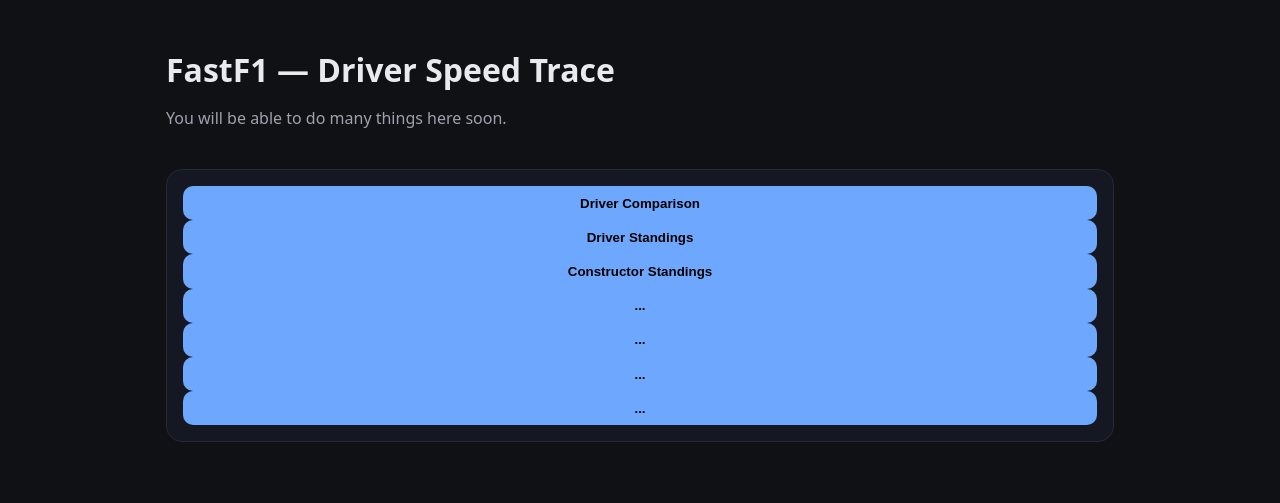
Repository: gqnsptaa/fastf1_web_preview
Page: http://localhost/menu
An editor plug-in stored every save of this project. The page is shown before and after the next save, followed by the edit.
The browser window is 1280 px wide. The pictures show the whole page.
The page is served by the project's application, run on Flask 3 (app.py).

Above is the page before, as saved 2025-09-22 16:43:20.

### templates/menu.html
<!DOCTYPE html>
<html lang="en">
  <head>
    <meta charset="utf-8" />
    <meta name="viewport" content="width=device-width, initial-scale=1" />
    <title>FastF1 — Driver Speed Trace</title>
    <link
      rel="stylesheet"
      href="{{ url_for('static', filename='styles.css') }}"
    />
  </head>
  <body>
    <div class="wrap">
      <header>
        <h1>FastF1 — Driver Speed Trace</h1>
        <p class="muted">You will be able to do many things here soon.</p>
      </header>
      <div class="card">
        <div class="full">
          <button type="submit">Driver Comparison</button>
          <br />
          <button type="submit">Driver Standings</button>
          <br />
          <button type="submit">Constructor Standings</button>
          <br />
          <button type="submit">...</button>
          <br />
          <button type="submit">...</button>
          <br />
          <button type="submit">...</button>
          <br />
          <button type="submit">...</button>
        </div>
      </div>
    </div>
  </body>
</html>

### app.py
from pathlib import Path
import time
from flask import Flask, render_template, request, redirect, url_for, flash
import matplotlib
matplotlib.use("Agg")   # headless backend for servers
import matplotlib.pyplot as plt
import matplotlib.pyplot as plt
import fastf1
import fastf1.plotting as f1plt

app = Flask(__name__)
app.secret_key = "dev"

BASE_DIR = Path(__file__).parent.resolve()
CACHE_DIR = BASE_DIR / ".fastf1"
CACHE_DIR.mkdir(parents=True, exist_ok=True)
fastf1.Cache.enable_cache(str(CACHE_DIR))

@app.get("/healthz")
def healthz():
    return "ok"

@app.get("/")
def index():
    return render_template("index.html")

@app.get("/menu")
def menu():
    return render_template("menu.html")

@app.route("/result", methods=["GET"])
def result():
    p = BASE_DIR / "static" / "plot.png"
    if p.exists():
        plot_url = url_for("static", filename="plot.png", v=int(time.time()))
    return render_template("result.html", plot_url=plot_url)


@app.post("/plot")
def plot():
    year = int(request.form.get("year", "2025"))
    event = request.form.get("event", "...")
    session_code = request.form.get("session", "Q")
    drv1 = (request.form.get("driver1", "") or "").upper().strip()
    drv2 = (request.form.get("driver2", "") or "").upper().strip()

    sess = fastf1.get_session(year, int(event) if event.isdigit() else event, session_code)
    sess.load(laps=True, telemetry=True)

    f1plt.setup_mpl()
    fig, ax = plt.subplots(figsize=(10, 5), dpi=150)

    plotted = False
    if drv1:
        lap1 = sess.laps.pick_driver(drv1).pick_fastest()
        tel1 = lap1.get_telemetry()
        ax.plot(tel1["Distance"], tel1["Speed"], label=f"{drv1} fastest")
        plotted = True
    if drv2:
        lap2 = sess.laps.pick_driver(drv2).pick_fastest()
        tel2 = lap2.get_telemetry()
        ax.plot(tel2["Distance"], tel2["Speed"], label=f"{drv2} fastest")
        plotted = True
    if not plotted:
        lap = sess.laps.pick_fastest()
        tel = lap.get_telemetry()
        ax.plot(tel["Distance"], tel["Speed"], label=f"{lap['Driver']} (overall fastest)")

    ax.set_xlabel("Distance [m]"); ax.set_ylabel("Speed [km/h]")
    ax.set_title(f"{sess.event['EventName']} {sess.event.year} — {sess.name}")
    ax.grid(True); ax.legend(); fig.tight_layout()

    out = BASE_DIR / "static" / "plot.png"
    fig.savefig(out, bbox_inches="tight")
    plt.close(fig)

    flash("Plot generated", "success")
    return redirect(url_for("result"))

if __name__ == "__main__":
    app.run(debug=True)  # browse to http://127.0.0.1:5000/

### static/styles.css
:root {
  --bg:#0f1115; --card:#151822; --text:#e9e9f0;
  --muted:#a1a1ad; --accent:#6ea8fe; --border:#242839;
}
* { box-sizing: border-box; }
body {
  margin: 0;
  font-family: system-ui, -apple-system, Segoe UI, Roboto, Helvetica, Arial;
  background: var(--bg);
  color: var(--text);
}
.wrap { max-width: 980px; margin: 24px auto 48px; padding: 0 16px; }
header { padding: 24px 0 8px; }
h1 { margin: 0 0 6px; }
.muted { color: var(--muted); }

.card {
  background: var(--card);
  border: 1px solid var(--border);
  border-radius: 16px;
  padding: 16px;
  margin-top: 16px;
}

label { display: block; margin: .25rem 0 .35rem; }
input, select, button {
  width: 100%;
  padding: .6rem .7rem;
  border: 1px solid var(--border);
  border-radius: 10px;
  background: #0f1115;
  color: var(--text);
}
form { display: grid; grid-template-columns: repeat(2, minmax(0,1fr)); gap: 12px; }
form .full { grid-column: 1 / -1; }

button {
  background: var(--accent);
  border: none;
  color: #000;
  font-weight: 600;
  cursor: pointer;
}

.img {
  display: grid;
  place-items: center;
  padding: 12px;
  border: 1px dashed var(--border);
  border-radius: 12px;
  min-height: 220px;
}
img { max-width: 100%; height: auto; border-radius: 10px; display: block; }

.flash { padding: .6rem .8rem; border-radius: 10px; margin: .35rem 0; font-size: .95rem; }
.success { background: #0f2f19; border: 1px solid #1d5e35; }
.error   { background: #2f1010; border: 1px solid #5e1d1d; }
.info    { background: #0f2132; border: 1px solid #1d3d5e; }

After the next save:
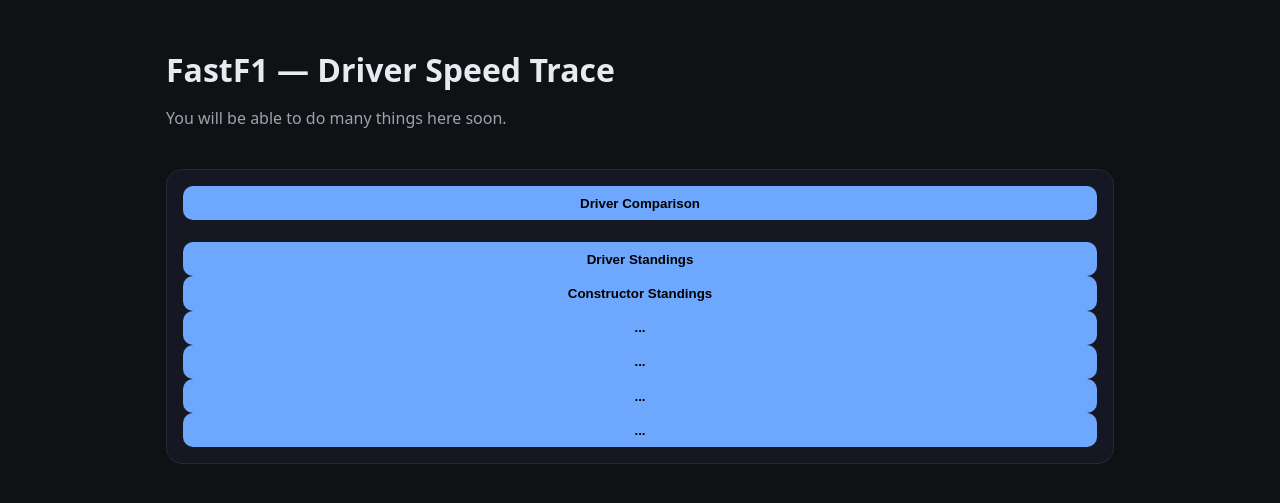
Saved 13 s later.
--- a/templates/menu.html
+++ b/templates/menu.html
@@ -17,7 +17,7 @@
       </header>
       <div class="card">
         <div class="full">
-          <button type="submit">Driver Comparison</button>
+          <button type="submit">Driver Comparison</button><br />
           <br />
           <button type="submit">Driver Standings</button>
           <br />

After the 4 saves that followed:
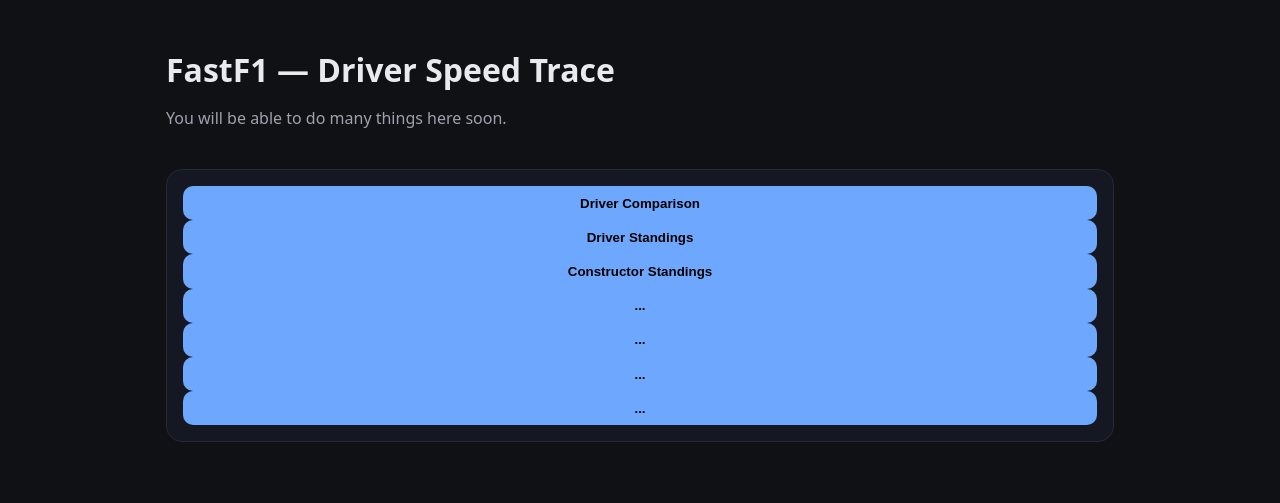
The 4 saves are shown as one change because they came seconds apart.
The last was saved 17 s later.
--- a/templates/menu.html
+++ b/templates/menu.html
@@ -17,18 +17,12 @@
       </header>
       <div class="card">
         <div class="full">
-          <button type="submit">Driver Comparison</button><br />
-          <br />
-          <button type="submit">Driver Standings</button>
-          <br />
+          <button type="submit">Driver Comparison</button><br>
+          <button type="submit">Driver Standings</button><br>
           <button type="submit">Constructor Standings</button>
-          <br />
           <button type="submit">...</button>
-          <br />
           <button type="submit">...</button>
-          <br />
           <button type="submit">...</button>
-          <br />
           <button type="submit">...</button>
         </div>
       </div>
